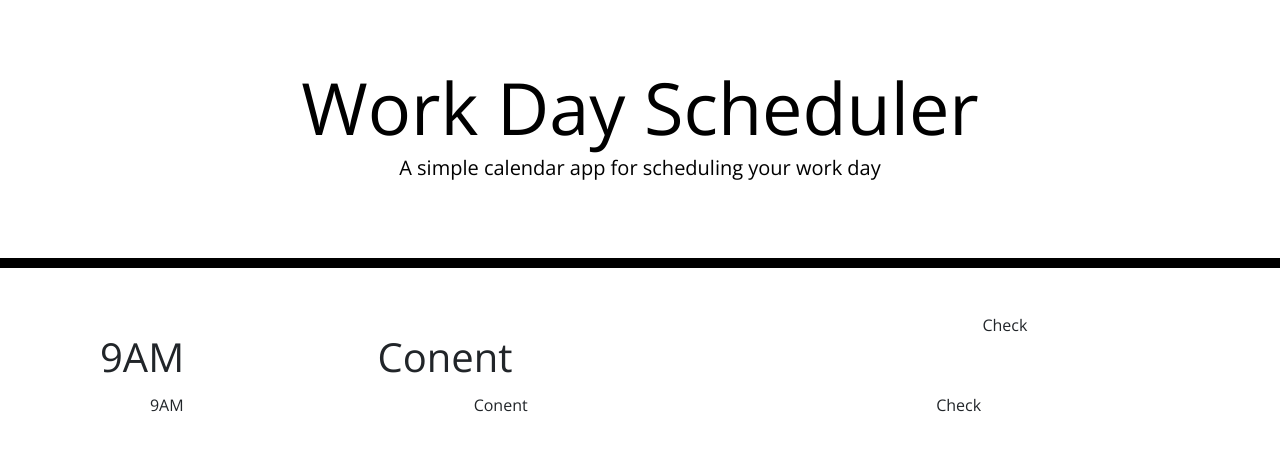
Repository: Mf948/DailyPlannerJS
Page: Develop/index.html
The author's editor kept a copy of each file at every save. The page is drawn from the files as they stood at one save, then again after the next save.
The browser window is 1280 px wide. The pictures show the whole page.
Some web libraries are served in a nearby version.

Above is the page before, as saved 2020-12-09 16:29:23.

### Develop/index.html
<!DOCTYPE html>
<html lang="en">
  <head>
    <meta charset="UTF-8" />
    <meta name="viewport" content="width=device-width, initial-scale=1.0" />
    <meta http-equiv="X-UA-Compatible" content="ie=edge" />
    <link
      rel="stylesheet"
      href="https://stackpath.bootstrapcdn.com/bootstrap/4.3.1/css/bootstrap.min.css"
    />
    <link
      rel="stylesheet"
      href="https://use.fontawesome.com/releases/v5.8.1/css/all.css"
      integrity="sha384-50oBUHEmvpQ+1lW4y57PTFmhCaXp0ML5d60M1M7uH2+nqUivzIebhndOJK28anvf"
      crossorigin="anonymous"
    />
    <link
      href="https://fonts.googleapis.com/css?family=Open+Sans&display=swap"
      rel="stylesheet"
    />
    <link rel="stylesheet" href="style.css" />
    <script src = "Java.js"></script>
    <title>Work Day Scheduler</title>
  </head>

  <body>
    <header class="jumbotron">
      <h1 class="display-3">Work Day Scheduler</h1>
      <p class="lead">A simple calendar app for scheduling your work day</p>
      <p id="currentDay" class="lead"></p>
    </header>
    <div class="container">
      <!-- Timeblocks go here -->
      <div class="container">
        <div class="row">
          <div class="col">
            <h1>9AM</h1>
          </div>
          <div class="col-6">
            <div class="h1">Conent</div>
          </div>
          <div class="col">
            Check
          </div>
        </div>
        <div class="row">
          <div class="col">
            9AM
          </div>
          <div class="col-5">
            Conent
          </div>
          <div class="col">
            Check
          </div>
        </div>
      </div>

</table>
    </div>
    <script src="https://unpkg.com/dayjs@1.8.21/dayjs.min.js"></script>
    <script src="https://cdnjs.cloudflare.com/ajax/libs/jquery/3.2.1/jquery.min.js"></script>
    <script src="https://cdnjs.cloudflare.com/ajax/libs/moment.js/2.24.0/moment.min.js"></script>
  </body>
</html>

### Develop/style.css
body {
  font-family: 'Open Sans', sans-serif;
  font-size: 16px;
  line-height: 1;
}

textarea{
  background: transparent;
  border: none;
  resize: none;
  color: #000000;
  border-left: 1px solid black;
  padding: 10px;
}

.jumbotron {
  text-align: center;
  background-color: transparent;
  color: black;
  border-radius: 0;
  border-bottom: 10px solid black;
}

.description{
  white-space: pre-wrap;
}

.time-block{
  text-align: center;
  border-radius: 15px;
}

.row {
  white-space: pre-wrap;
  height: 80px;
  border-top: 1px solid white;;
}

.hour {
  background-color: #ffffff;
  color: #000000;
  border-top: 1px dashed #000000;
}

.past {
  background-color: #d3d3d3;
  color: white;
}

.present {
  background-color: #ff6961;
  color: white;
}

.future {
  background-color: #77dd77;
  color: white;
}

.saveBtn {
  border-left: 1px solid black;
  border-top-right-radius: 15px;
  border-bottom-right-radius: 15px;
  background-color: #06AED5;
  color: white;
}

.saveBtn i:hover {
  font-size: 20px;
  transition: all .3s ease-in-out;
}

### Develop/Java.js
console.log("hello")

let hour = 5

After the next save:
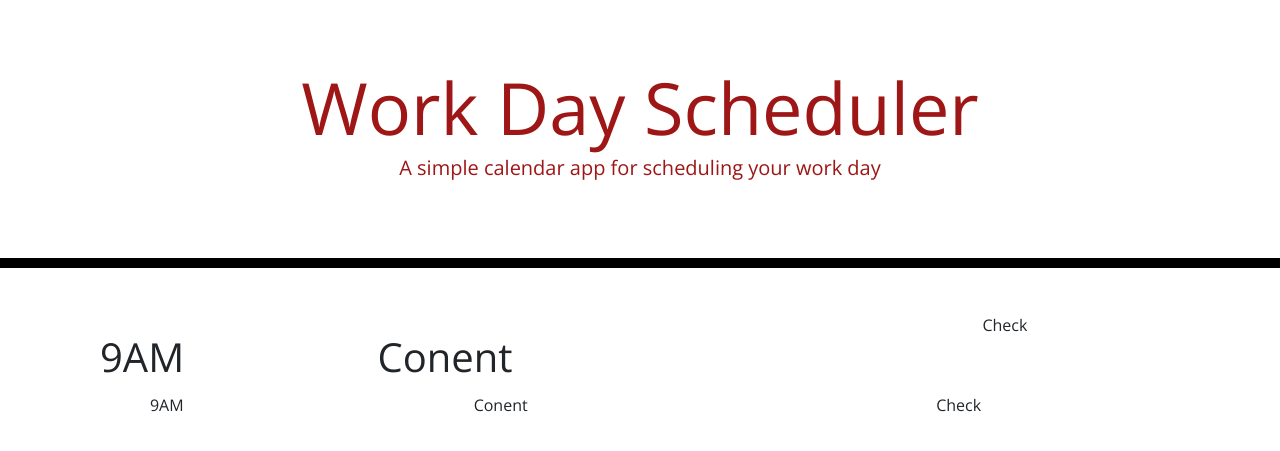
Saved 14 s later.
--- a/Develop/style.css
+++ b/Develop/style.css
@@ -16,7 +16,7 @@
 .jumbotron {
   text-align: center;
   background-color: transparent;
-  color: black;
+  color: rgb(158, 22, 22);
   border-radius: 0;
   border-bottom: 10px solid black;
 }
